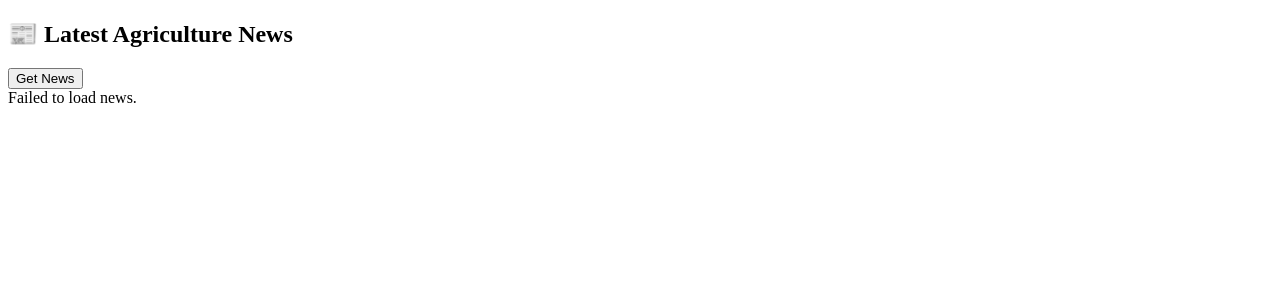
Repository: Sanika-ce/AgroNexus
Page: news.html
An editor plug-in stored every save of this project. The page is shown before and after the next save, followed by the edit.
The browser window is 1280 px wide. The pictures show the whole page.
After loading, the first visible `button` was clicked once.
The page's requests for data from a server got no answer.

Above is the page before, as saved 2025-08-02 17:09:18.

After the next save:
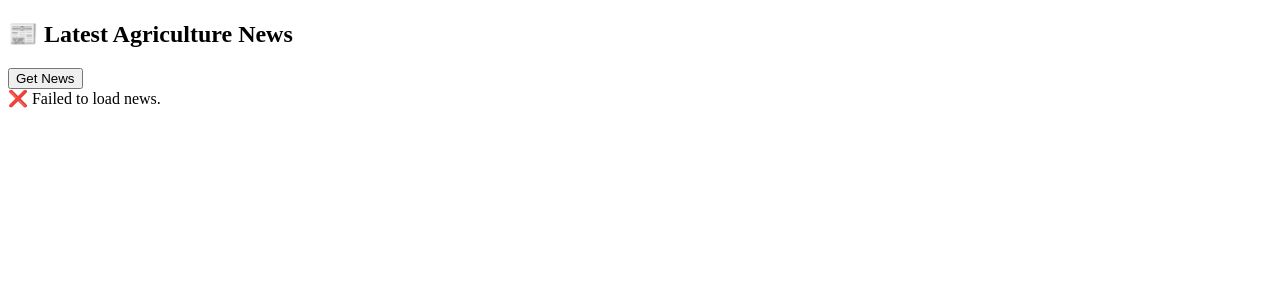
Saved 24 s later.
--- a/news.js
+++ b/news.js
@@ -1,14 +1,13 @@
-const API_KEY = "YOUR_API_KEY"; // Replace with your GNews API key
+const API_KEY = "YOUR_API_KEY";
 
 function fetchNews() {
   const url = `https://gnews.io/api/v4/search?q=agriculture&lang=en&country=in&max=10&apikey=${API_KEY}`;
-
   fetch(url)
     .then(res => res.json())
     .then(data => displayNews(data.articles))
     .catch(err => {
-      console.error("Error fetching news:", err);
-      document.getElementById("news-container").innerHTML = "Failed to load news.";
+      document.getElementById("news-container").innerHTML = "❌ Failed to load news.";
+      console.error(err);
     });
 }
 
@@ -16,22 +15,15 @@ function displayNews(articles) {
   const container = document.getElementById("news-container");
   container.innerHTML = "";
 
-  if (articles.length === 0) {
-    container.innerHTML = "<p>No articles found.</p>";
-    return;
-  }
+  articles.forEach(article => {
+    const card = document.createElement("div");
+    card.className = "news-card";
 
-  articles.forEach(article => {
-    const newsCard = document.createElement("div");
-    newsCard.style.border = "1px solid #ccc";
-    newsCard.style.margin = "10px";
-    newsCard.style.padding = "10px";
-    newsCard.style.borderRadius = "5px";
-    newsCard.innerHTML = `
+    card.innerHTML = `
       <h3><a href="${article.url}" target="_blank">${article.title}</a></h3>
       <p>${article.description}</p>
-      <p><small>Source: ${article.source.name}</small></p>
+      <p class="source-name">Source: ${article.source.name}</p>
     `;
-    container.appendChild(newsCard);
+    container.appendChild(card);
   });
 }
